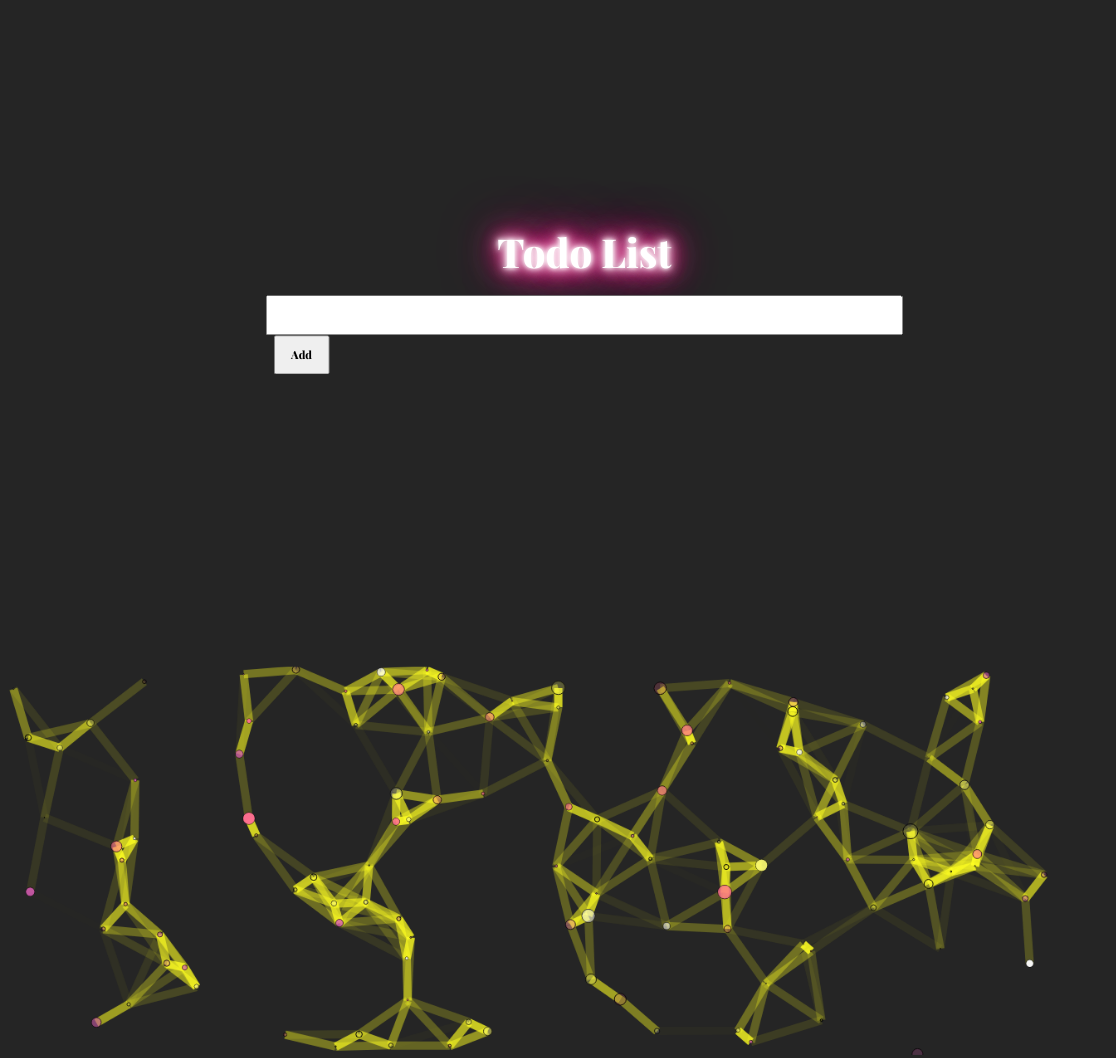
Repository: TENSAEA/----todo
Page: index.html
These files come from the project's save history. The page is drawn as it stood at one moment and after the next save; the edit follows.
The browser window is 1280 px wide. The page is 1344 px wide, so the pictures cover 1344 px, including what lies to the right of the window. The pictures show the whole page, at 83% of full size.
Some web fonts or font styles are not loaded; a fallback is used.

Above is the page before, as saved 2023-10-25 14:52:08.

### index.html
<!DOCTYPE html>
<html lang="en">
  <head>
    <meta charset="UTF-8" />
    <meta name="viewport" content="width=device-width, initial-scale=1.0" />
    <title>TodoList</title>
    <link rel="stylesheet" href="style.css" />
  </head>
  <body>
    <div id="particle">
      <div class="container">
        <h1>Todo List</h1>
        <br />
        <div class="header">
          <form class="form">
            <input type="text" id="add" />
            <label for="add"><button id="addBtn">Add</button></label>
          </form>
        </div>
        <div class="list-div">
          <!-- <div class="list-hide">
          <ul class="list">
            <li>
              <input class="list-text" type="text" id="edit" readonly />
              <label for="edit">
                <button class="edit">Edit</button
                ><button class="delete">Delete</button>
              </label>
            </li>
          </ul>
        </div> -->
        </div>
      </div>
    </div>
    <script src="particles.js"></script>
    <script src="https://cdn.jsdelivr.net/npm/particles.js@2.0.0/particles.min.js"></script>
    <script src="script.js"></script>
  </body>
</html>

### style.css
@import url('https://fonts.googleapis.com/css2?family=Bungee+Spice&family=Playfair+Display:wght@800&display=swap');

*{
   box-sizing:border-box;
   margin:0;
   padding:0;
   font-family: 'Bungee Spice', sans-serif;
font-family: 'Playfair Display', serif;}
body{
    background-color: #252525;
}

#particle{
    position: absolute;
      top: 0;
      left: 0;
      width: 100%;
      height: 65%;
      z-index: 2;

}

.container{
    /* -webkit-box-shadow: 0px 0px 0px 5px #A0A0A0, inset 0px 10px 27px -8px #141414, inset 0px -10px 27px -8px #A31925, 5px 5px 15px 5px rgba(0,0,0,0);  */
/* box-shadow: 0px 0px 0px 5px #A0A0A0, inset 0px 10px 27px -8px #141414, inset 0px -10px 27px -8px #A31925, 5px 5px 15px 5px rgba(0,0,0,0); */
    display: flex;
    flex-direction: column;
    padding: 20%;
    margin:5%;
    margin-top:20px;
    flex-grow: 1;
    flex:1;
    width:100%;
}

.container h1{
    margin-top:-5px;
    font-size:3em;
    text-align:center;
    color: #FFFFFF;
text-shadow: #FFF 0px 0px 5px, #FFF 0px 0px 10px, #FFF 0px 0px 15px, #FF2D95 0px 0px 20px, #FF2D95 0px 0px 30px, #FF2D95 0px 0px 40px, #FF2D95 0px 0px 50px, #FF2D95 0px 0px 75px;
color: #FFFFFF;


}

.header{
    padding-bottom: 2em;
}

#add{
    padding: 1em;
    width:100%;
    margin:auto;
}
.form label button{
    padding:1em;
    width:5em;
    margin-left:10px;
    cursor: pointer;
}

.list{
    padding-bottom: 20px;
}

.list li{
    list-style-type: none;
}

.list-div .list li .list-text{
    padding: 1em;
    width:60%;
    margin-left:60px;
}
.edit,.delete{
    padding:1em;
    width:70px;
    margin-left:10px;
    cursor: pointer;
}

@media (max-width:636px){
    /* *,:before,:after {
      width: 100%;
      height: 100%;
      box-sizing: border-box;
    }


    .form label button{
        padding:10px;
        width:70px;
        margin:3% 40%;
        cursor: pointer;
    }
    .edit,.delete{
        padding:10px;
        width:70px;
        margin:2% 38%;
        cursor: pointer;
    } */
    }

### particles.js
var config = {
  particles: {
    number: {
      value: 150,

      density: {
        enable: true,
        value_area: 786,
      },
    },
    color: {
      value: ["#ffffff", "#FF6F91", "#F9F871", "#D65DB1"],
    },
    shape: {
      type: "circle",
      stroke: {
        width: 1,
        color: "#000000",
      },
      polygon: {
        nb_sides: 12,
      },
      image: {
        src: "",
        width: 100,
        height: 100,
      },
    },
    opacity: {
      value: 1,
      random: true,
      anim: {
        enable: true,
        speed: 1,
        opacity_min: 0,
        sync: false,
      },
    },
    size: {
      value: 10,
      random: true,
      anim: {
        enable: true,
        speed: 3,
        size_min: 0.3,
        sync: false,
      },
    },
    line_linked: {
      enable: true,
      distance: 100,
      color: "#ff2",
      opacity: 1,
      width: 10,
    },
    move: {
      enable: true,
      speed: 1.3,
      direction: "top",
      random: true,
      straight: true,
      out_mode: "out",
      bounce: false,
      attract: {
        enable: true,
        rotateX: 2082.2488,
        rotateY: 3363.6328,
      },
    },
  },
  interactivity: {
    detect_on: "canvas",
    events: {
      onhover: {
        enable: true,
        mode: "grab",
      },
      onclick: {
        enable: true,
        mode: "repulse",
      },
      resize: true,
    },
    modes: {
      grab: {
        distance: 70,
        line_linked: {
          opacity: 0.5,
        },
      },
      bubble: {
        distance: 100,
        size: 5,
        duration: 8.598243,
        opacity: 0,
        speed: 3,
      },
      repulse: {
        distance: 150,
        duration: 0.8,
      },
      push: {
        particles_nb: 4,
      },
      remove: {
        particles_nb: 2,
      },
    },
  },
  retina_detect: true,
};

window.onload = function () {
  let clause = window.innerWidth < 768;
  config.particles.number.value = clause ? 80 : 150;
  particlesJS("particle", config);
};

### script.js
window.addEventListener("load", () => {
  let addInput = document.getElementById("add");
  let addBtn = document.getElementById("addBtn");

  addBtn.addEventListener("click", (e) => {
    e.preventDefault();
    console.log("clicked");
    let list = document.querySelector(".list-div");
    let ul = document.createElement("ul");
    ul.classList.add("list");
    let li = document.createElement("li");
    ul.appendChild(li);
    let input = document.createElement("input");
    input.classList.add("list-text");
    input.type = "text";
    input.id = "edit";
    input.setAttribute("readonly", "readonly");
    input.value = addInput.value;
    li.appendChild(input);

    let label = document.createElement("label");
    label.setAttribute("for", "edit");
    li.appendChild(label);
    let buttonOne = document.createElement("button");
    buttonOne.classList.add("edit");
    buttonOne.textContent = "Edit";
    label.appendChild(buttonOne);
    let buttonTwo = document.createElement("button");
    buttonTwo.classList.add("delete");
    buttonTwo.textContent = "Delete";
    label.appendChild(buttonTwo);

    let listHide = document.createElement("div");
    listHide.classList.add("list-hide");

    listHide.appendChild(ul);
    list.appendChild(listHide);

    buttonOne.addEventListener("click", () => {
      if (buttonOne.textContent.toLowerCase() == "edit") {
        input.removeAttribute("readonly");
        buttonOne.textContent = "Save";
        input.focus();
      } else {
        input.setAttribute("readonly", "readonly");
        buttonOne.textContent = "Edit";
      }
    });

    buttonTwo.addEventListener("click", () => {
      list.removeChild(listHide);
    });
  });
});

After the next save:
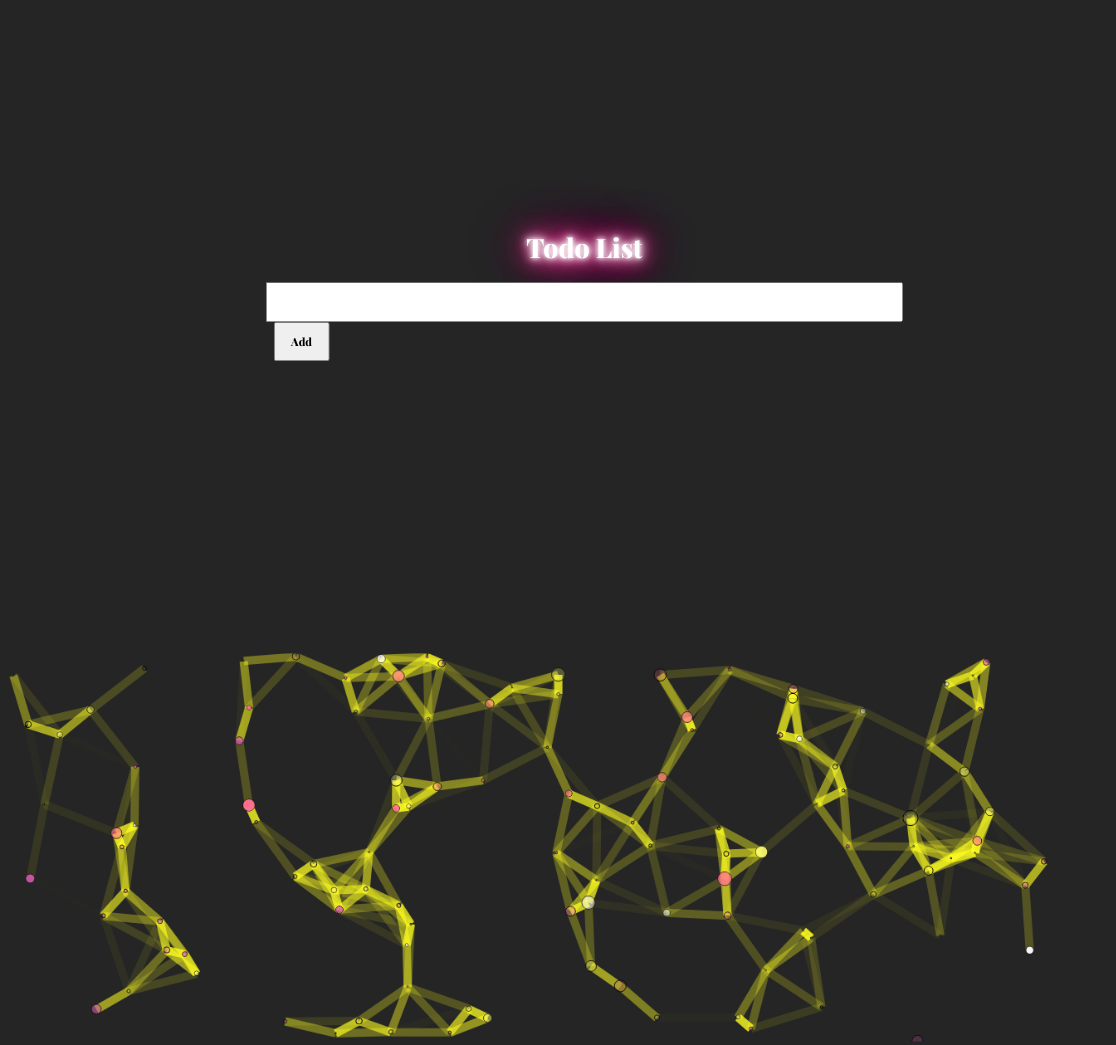
Saved 87 s later.
--- a/style.css
+++ b/style.css
@@ -34,13 +34,13 @@ body{
 }
 
 .container h1{
-    margin-top:-5px;
-    font-size:3em;
+    font-size:2em;
     text-align:center;
     color: #FFFFFF;
 text-shadow: #FFF 0px 0px 5px, #FFF 0px 0px 10px, #FFF 0px 0px 15px, #FF2D95 0px 0px 20px, #FF2D95 0px 0px 30px, #FF2D95 0px 0px 40px, #FF2D95 0px 0px 50px, #FF2D95 0px 0px 75px;
 color: #FFFFFF;
-
+width:100%;
+box-sizing: border-box;
 
 }
 
